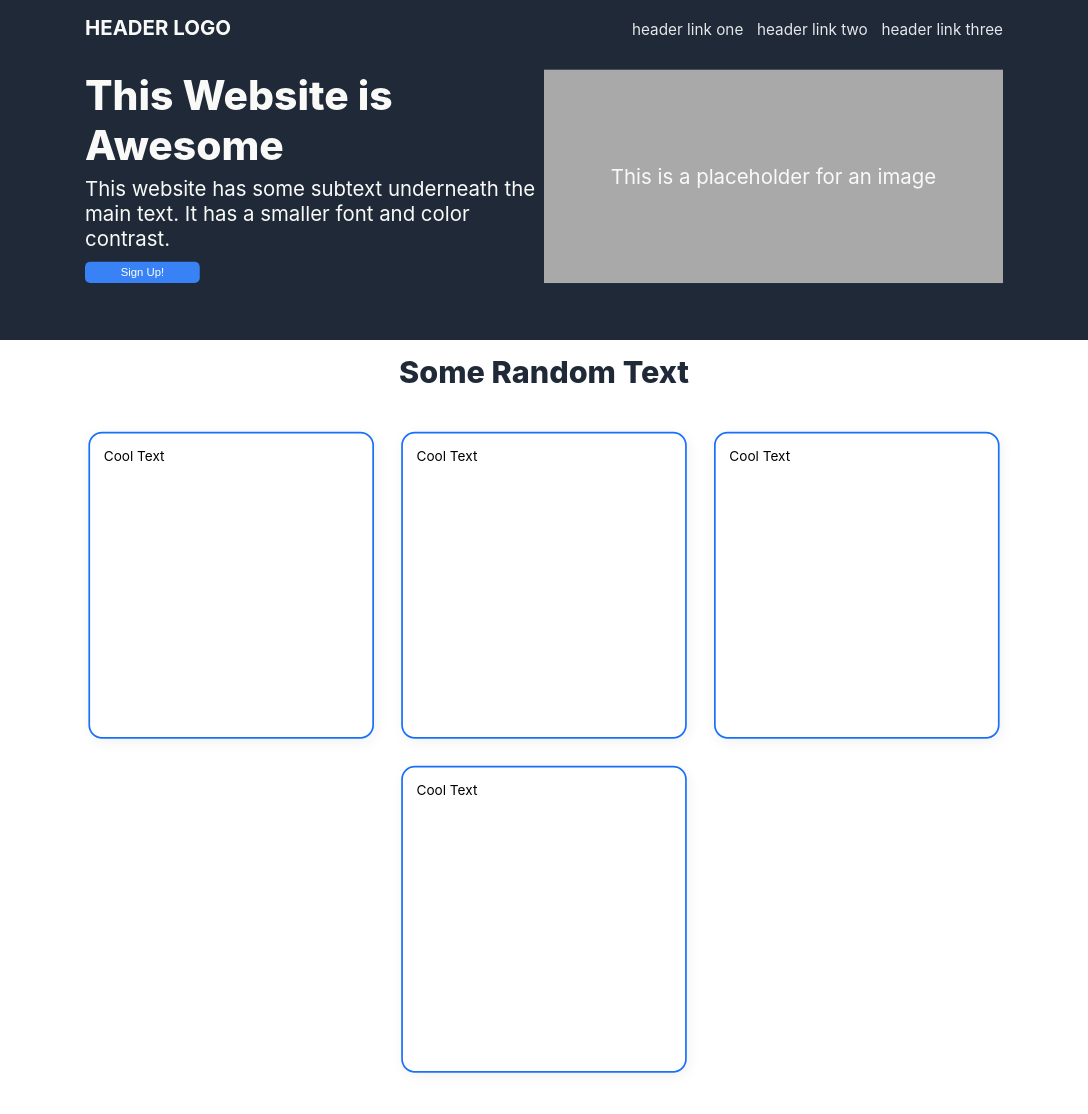
Repository: bbrockbrown/landing-page
Page: index.html
The author's editor kept a copy of each file at every save. The page is drawn from the files as they stood at one save, then again after the next save.
The browser window is 1280 px wide. The pictures show the whole page, at 85% of full size.

Above is the page before, as saved 2024-07-24 15:43:41.

### index.html
<!DOCTYPE html>
<html lang="en">
<head>
    <meta charset="UTF-8">
    <meta name="viewport" content="width=device-width, initial-scale=1.0">
    <link rel="stylesheet" href="styles.css">
    <title>Landing Page</title>
</head>
<body>

    <div class="header">
        <div class="upper-header">
            <div class="logo" style="font-weight: bolder">HEADER LOGO</div>
            <ul class="header-links">
                <li><a href="https://www.google.com/" target="_blank">header link one</a></li>
                <li><a href="https://www.google.com/" target="_blank">header link two</a></li>
                <li><a href="https://www.google.com/" target="_blank">header link three</a></li>
            </ul>
        </div>

        <div class="header-content">
            <div class="header-text">
                <div class="awesome-text">
                    This Website is Awesome
                </div>
                <div class="subtext">
                    This website has some subtext underneath the main text.
                    It has a smaller font and color contrast.
                </div>
                <button class="signup-button">Sign Up!</button>
            </div>

            <div class="header-image">
                This is a placeholder for an image
            </div>
        </div>
    </div>




    <div class="body">
        <div class="box-text">Some Random Text</div>
        <div class="box-container">
            <div class="box">Cool Text</div>
            <div class="box">Cool Text</div>
            <div class="box">Cool Text</div>
            <div class="box">Cool Text</div>
        </div>

        <div class="quote-container">

        </div>
    </div>

    <div class="sign-up">

    </div>

    <div class="footer">

    </div>

</body>
</html>

### styles.css
body {
    font-family: -apple-system, BlinkMacSystemFont, 'Segoe UI', Roboto, Oxygen, Ubuntu, Cantarell, 'Open Sans', 'Helvetica Neue', sans-serif;
    margin: 0;
    min-height: 100vh;
}

.header {
    background-color: #1F2937;
    font-size: 24px;
    color: #F9FAF8;
    display: flex;
    padding: 0px 100px 50px 100px;
    height: 350px;
    flex-direction: column;
    justify-content: space-around;
}

.upper-header {
    display: flex;
    justify-content: space-between;
}

.header-content {
    display: flex;
    text-align: left;
    align-items: center;
}

.header-text {
    width: 50%;
    display: flex;
    flex-flow: column wrap;
    gap: 8px;
}

.header-image {
    text-align: center;
    width: 50%;
    height: 100%;
    background-color: darkgray;
    display: flex;
    flex-flow: column wrap;
    justify-content: center;
}

.awesome-text {
    font-size: 48px;
    font-weight: 800;
}

button {
    padding: 5px 30px 5px 30px;
    border-radius: 6px;
    width: 25%;
}

.signup-button {
    background-color: #3882F6;
    color: white;
    border: none;
    margin-top: 5px;
}

ul {
    margin: 0;
    padding: 0;
    list-style: none;
    display: flex;
    gap: 16px;
}

a {
    text-decoration: none;
    font-size: 18px;
    color: #E5E7EB;
}


.body {
    display: flex;
    flex: 1;
    flex-direction: column;
    align-items: center;
}

.box-text {
    font-size: 36px;
    color: #1F2937;
    font-weight: 800;
    margin-top: 16px;
}

.box-container {
    display: flex;
    padding: 48px;
    flex-wrap: wrap;
    gap: 32px;
    justify-content: center;
}


.box {
    border: 2px solid  #186ffa;
    box-shadow: 2px 4px 16px rgba(0,0,0,.06);
    border-radius: 16px;
    padding: 16px;
    width: 300px;
    height: 325px;
}

After the next save:
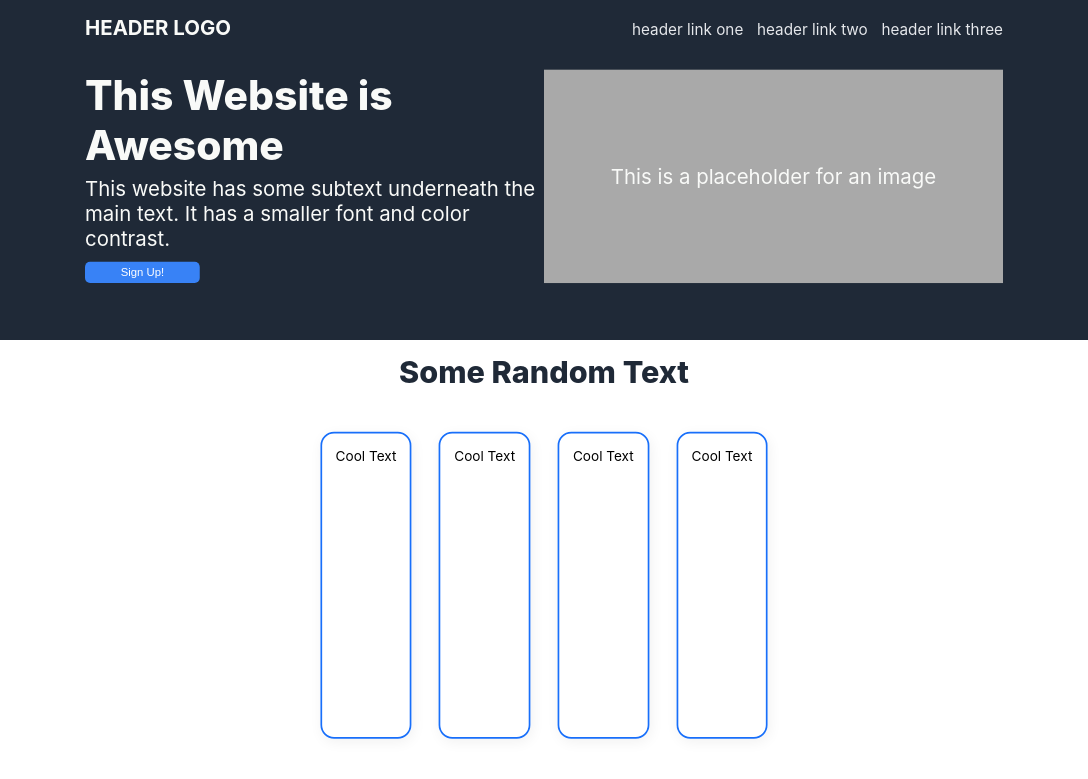
Saved 76 s later.
--- a/styles.css
+++ b/styles.css
@@ -104,6 +104,6 @@ a {
     box-shadow: 2px 4px 16px rgba(0,0,0,.06);
     border-radius: 16px;
     padding: 16px;
-    width: 300px;
+    width: 150;
     height: 325px;
 }
